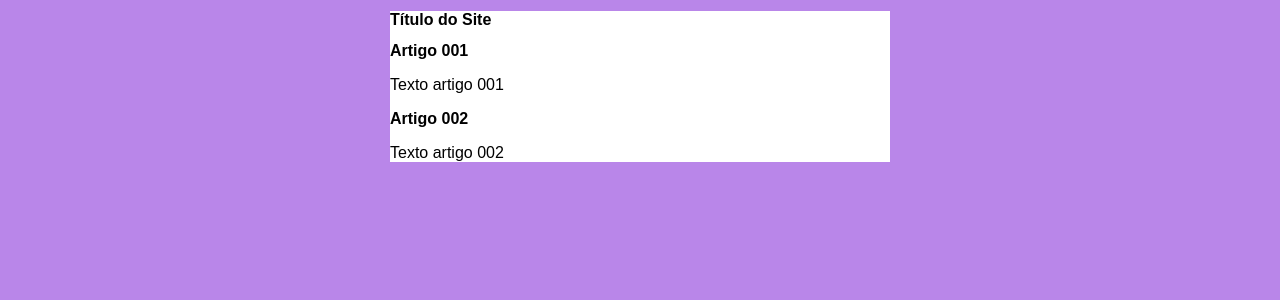
Repository: hbrunobrito/projeto-site
Page: index.html
These files come from the project's save history. The page is drawn as it stood at one moment and after a run of saves; the edit follows.
The browser window is 1280 px wide. The pictures show the whole page.

Above is the page before, as saved 2024-03-29 09:09:16.

After the next 5 saves:
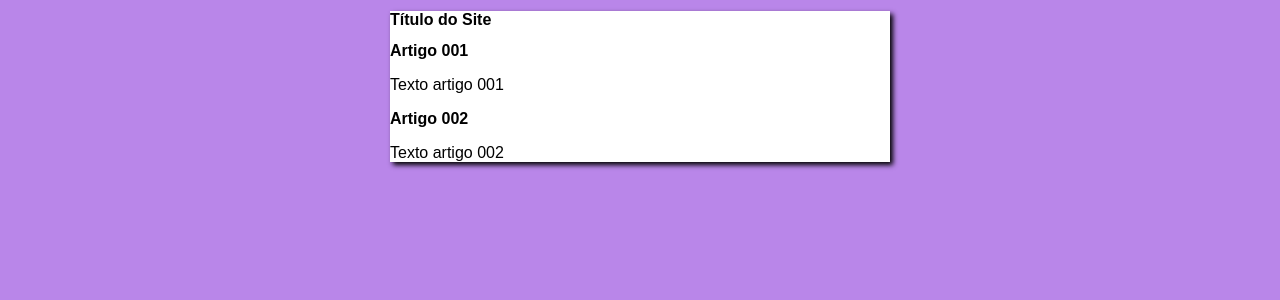
The 5 saves are shown as one change because they came seconds apart.
The last was saved 22 s later.
--- a/estilos/style.css
+++ b/estilos/style.css
@@ -12,5 +12,5 @@ main {
     background-color: white;
     width: 500px;
     margin: auto;
-    box-shadow: ;
+    box-shadow: 3px 3px 5px;
 }
